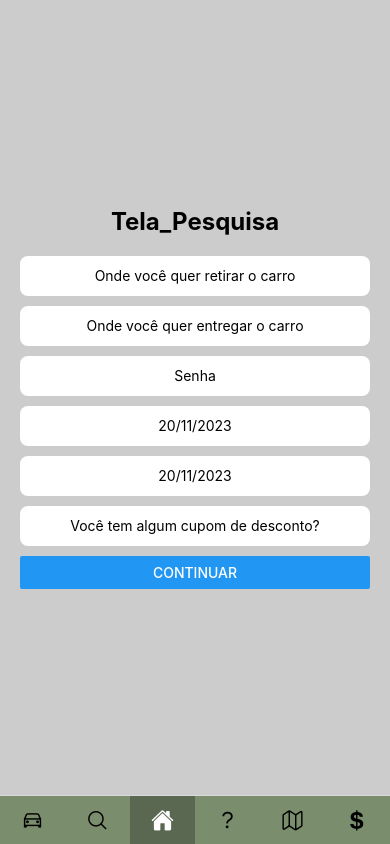
Repository: GabrielAron/EcoWheels
Page: /Home
These files come from the project's save history. The page is drawn as it stood at one moment and after the next save; the edit follows.
The browser window is 390 px wide. The pictures show the whole page.
The app was drawn by React Native's web renderer in a window 390 px wide. The project was rebuilt for these pictures with package versions that can differ from the ones it lists, and the page was loaded fresh each time. Also part of the build but not shown: src/Paginas/Carros/index.js, src/Paginas/Ajuda/index.js, src/Paginas/Mapa/index.js, src/Paginas/Pagamento/pagamento.js.

Above is the page before, as saved 2023-11-24 14:11:57.

After the next save:
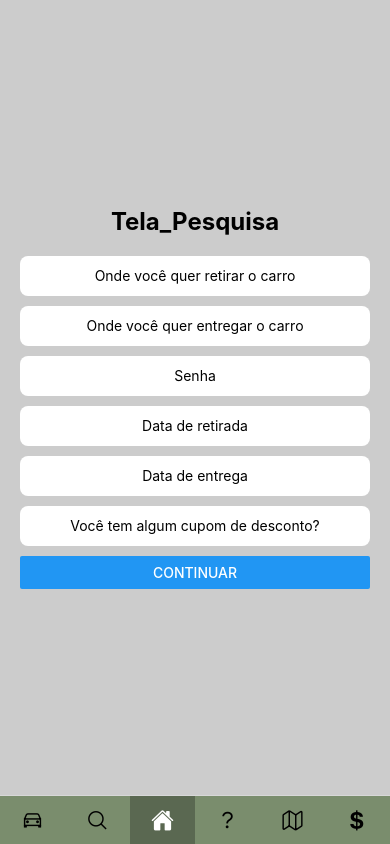
Saved 98 s later.
--- a/src/Paginas/Home/index.js
+++ b/src/Paginas/Home/index.js
@@ -1,20 +1,10 @@
 import React, { useState } from 'react';
 import { View, Text, TextInput, Button, StyleSheet } from 'react-native';
-import { format, parse } from 'date-fns';
+import { format } from 'date-fns';
 
 export default function App() {
-  const [pickupDate, setPickupDate] = useState(format(new Date(), 'dd/MM/yyyy'));
-  const [returnDate, setReturnDate] = useState(format(new Date(), 'dd/MM/yyyy'));
-
-  const handlePickupDateChange = (text) => {
-    const formattedDate = format(parse(text, 'dd/MM/yyyy', new Date()), 'dd/MM/yyyy');
-    setPickupDate(formattedDate);
-  };
-
-  const handleReturnDateChange = (text) => {
-    const formattedDate = format(parse(text, 'dd/MM/yyyy', new Date()), 'dd/MM/yyyy');
-    setReturnDate(formattedDate);
-  };
+  const [pickupDate, setPickupDate] = useState('');
+  const [returnDate, setReturnDate] = useState('');
 
   return (
     <View style={styles.container}>
@@ -43,8 +33,7 @@ export default function App() {
           style={styles.input}
           placeholder="Data de retirada"
           value={pickupDate}
-          onChangeText={handlePickupDateChange}
-          maxLength={10}
+          onChangeText={setPickupDate}
         />
       </View>
       <View style={styles.inputContainer}>
@@ -52,8 +41,7 @@ export default function App() {
           style={styles.input}
           placeholder="Data de entrega"
           value={returnDate}
-          onChangeText={handleReturnDateChange}
-          maxLength={10}
+          onChangeText={setReturnDate}
         />
       </View>
       <View style={styles.inputContainer}>
